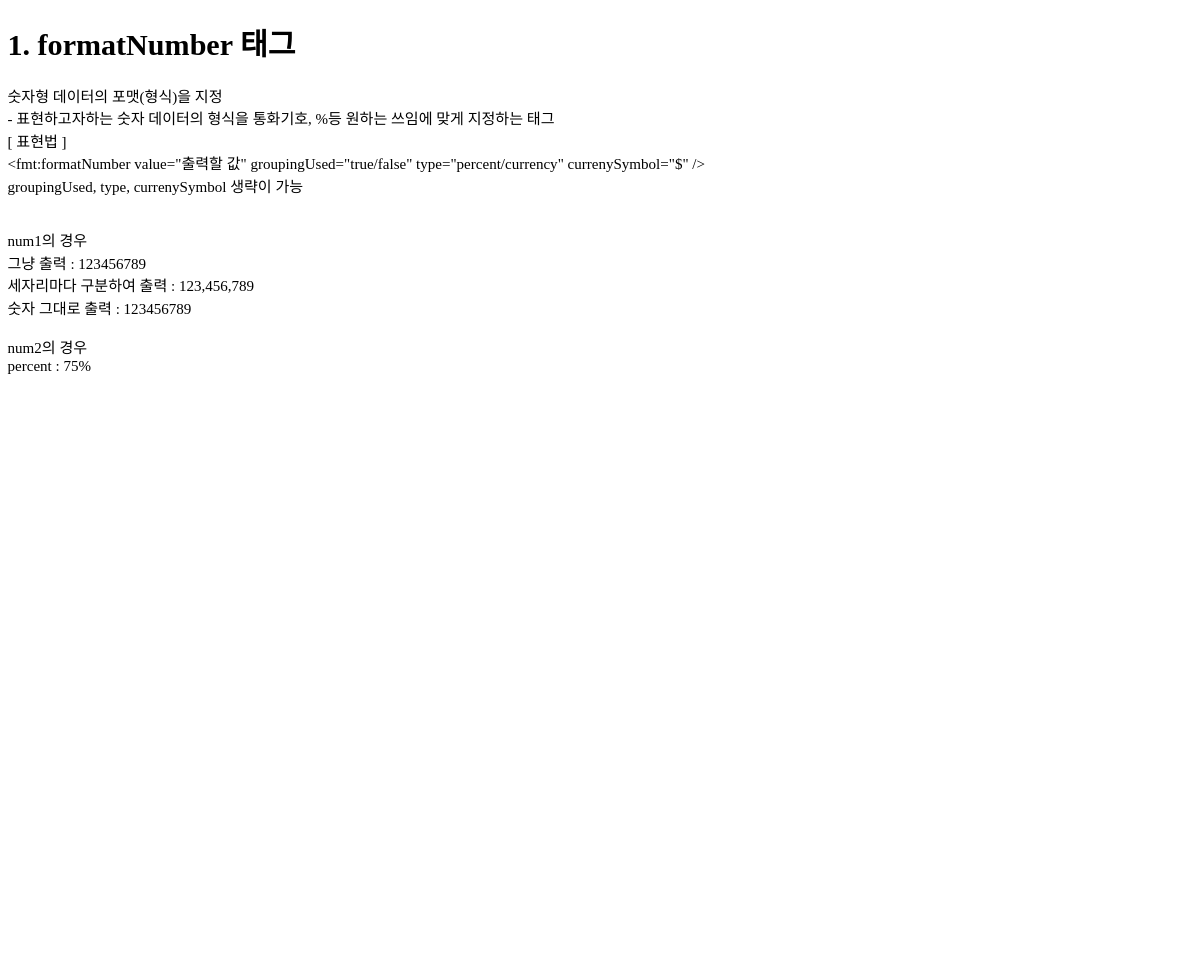
Repository: DonghwanSon1/ajax-jsp-study
Page: http://localhost/ActionProject/views/3_CustomAction/02_formatting.jsp
The author's editor kept a copy of each file at every save. The page is drawn from the files as they stood at one save, then again after the next save.
The browser window is 1280 px wide. The pictures show the whole page, at 94% of full size.
The page is served by Tomcat 9. Other server files are loaded and not shown.

Above is the page before, as saved 2022-07-13 01:37:38.

### ActionProject/WebContent/views/3_CustomAction/02_formatting.jsp
<%@ page language="java" contentType="text/html; charset=UTF-8"
    pageEncoding="UTF-8"%>
<%@ taglib prefix="c" uri="http://java.sun.com/jsp/jstl/core" %>
<%@ taglib prefix="fmt" uri="http://java.sun.com/jsp/jstl/fmt" %>
<!DOCTYPE html>
<html>
<head>
<meta charset="UTF-8">
<title>formatting 페이지</title>
</head>
<body>

	<!--
		Unknown Tag : 라이브러리 선언을 안해서 나는 오류 = taglib지시어를 안썻다.
		No end tag : 닫는 태그를 안썻다.
	 -->

	<h1>1. formatNumber 태그</h1>

	<p>
		숫자형 데이터의 포맷(형식)을 지정<br>
		- 표현하고자하는 숫자 데이터의 형식을 통화기호, %등 원하는 쓰임에 맞게 지정하는 태그 <br>

		[ 표현법 ] <br>

		&lt;fmt:formatNumber value="출력할 값" groupingUsed="true/false" type="percent/currency" currenySymbol="$" /&gt; <br>

		groupingUsed, type, currenySymbol 생략이 가능
	</p>

	<br>

	<!-- 테스트할 변수 선언 및 초기화 -->
	<c:set var="num1" value="123456789"></c:set>
	<c:set var="num2" value="0.75"></c:set>
	<c:set var="num3" value="50000"></c:set>

	num1의 경우 <br>
	그냥 출력 : ${ num1 } <br>
	세자리마다 구분하여 출력 : <fmt:formatNumber value="${ num1 }" /> <br>
	숫자 그대로 출력 : <fmt:formatNumber value="${ num1 }" groupingUsed="false"></fmt:formatNumber> <br><br>

	<!--
		groupingUsed 속성 : 3자리마다 ,로 구분해주는 속성(생략가능 기본값은 true)
	 -->
	 num2의 경우<br>
	 percent : <fmt:formatNumber value="${ num2 }" type="percent" /> <br><br>
















<br><br><br><br><br><br><br><br><br><br><br><br><br><br><br><br><br><br><br><br><br><br><br><br><br><br><br><br><br><br><br><br><br>
</body>
</html>

After the next save:
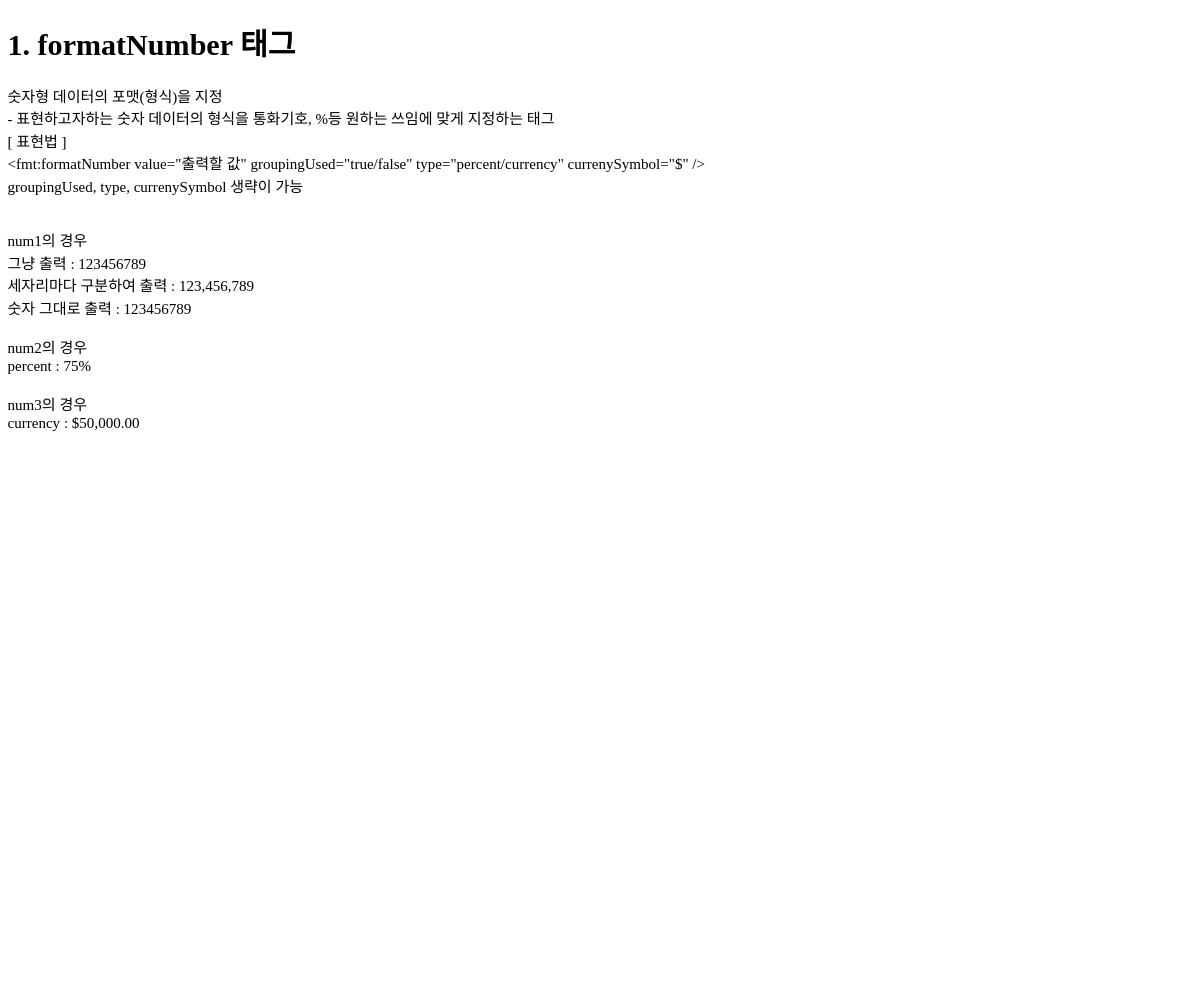
Saved 2 min 24 s later.
--- a/ActionProject/WebContent/views/3_CustomAction/02_formatting.jsp
+++ b/ActionProject/WebContent/views/3_CustomAction/02_formatting.jsp
@@ -45,7 +45,12 @@
 	 -->
 	 num2의 경우<br>
 	 percent : <fmt:formatNumber value="${ num2 }" type="percent" /> <br><br>
+	<!--
+		type="percent" : 소숫점을 백분율로 변경해서 보여줌
+	 -->
 
+	num3의 경우 <br>
+	currency : <fmt:formatNumber value="${ num3 }" type="currency" /> <br>
 
 
 
